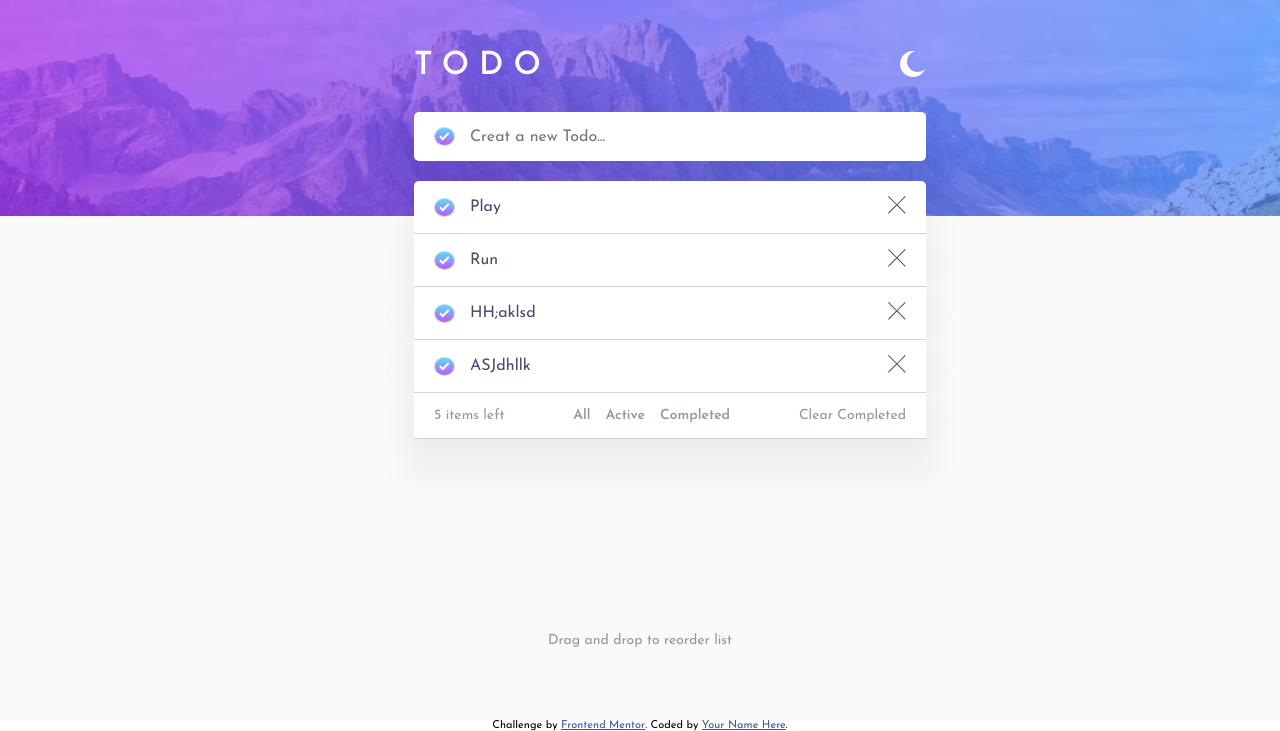
Repository: Baraajad231/Todo-app
Page: /
An editor plug-in stored every save of this project. The page is shown before and after the next save, followed by the edit.
The browser window is 1280 px wide. The pictures show the whole page.
The project was rebuilt for these pictures with package versions that can differ from the ones it lists, and the page was loaded fresh each time. Also part of the build but not shown: vite.config.js.

Above is the page before, as saved 2025-12-30 17:08:42.

### index.html
<!DOCTYPE html>
<html lang="en" data-theme="light">
  <head>
    <meta charset="UTF-8" />
    <meta name="viewport" content="width=device-width, initial-scale=1.0" />
    <!-- displays site properly based on user's device -->

    <link
      rel="icon"
      type="image/png"
      sizes="32x32"
      href="./images/favicon-32x32.png"
    />

    <title>Frontend Mentor | Todo app</title>

    <!-- Feel free to remove these styles or customise in your own stylesheet 👍 -->
    <style>
      .attribution {
        font-size: 11px;
        text-align: center;
      }
      .attribution a {
        color: hsl(228, 45%, 44%);
      }
    </style>

    <link rel="preconnect" href="https://fonts.googleapis.com" />
    <link rel="preconnect" href="https://fonts.gstatic.com" crossorigin />
    <link
      href="https://fonts.googleapis.com/css2?family=Josefin+Sans:ital,wght@0,100..700;1,100..700&display=swap"
      rel="stylesheet"
    />

    <link rel="stylesheet" href="./styles/style.scss" />
  </head>
  <body>
    <div class="container">
      <picture class="background-Wrapper">
        <source
          media="(min-width:465px)"
          srcset="images/bg-desktop-light.jpg"
        />
        <img
          src="images/bg-mobile-light.jpg"
          alt="bg-mobile-light"
          class="background background-light"
        />
      </picture>

      <div class="todo">
        <div class="todo__header">
          <h1 class="todo__title">TODO</h1>
          <button class="todo__theme button">
            <img src="images/icon-moon.svg" alt="moon icon" />
          </button>
        </div>
        <ul class="todo__list">
          <li class="todo__list__row todo__list__row-input">
            <button class="checkbox button">
              <img
                src="./images/icon-check.svg"
                alt="check"
                class="checkbox__icon"
              />
            </button>
            <input
              type="text"
              placeholder="Creat a new Todo..."
              class="todo__list__input"
            />
          </li>

          <li class="todo__list__row">
            <button class="checkbox button">
              <img
                src="./images/icon-check.svg"
                alt="check"
                class="checkbox__icon"
              />
            </button>
            <span class="todo__list__task">Play</span>
            <button class="remove-btn button">
              <img src="./images/icon-cross.svg" alt="" class="remove-icon" />
            </button>
          </li>
          <li class="todo__list__row">
            <button class="checkbox button">
              <img
                src="./images/icon-check.svg"
                alt="check"
                class="checkbox__icon"
              />
            </button>
            <span class="todo__list__task">Run</span>
            <button class="remove-btn button">
              <img src="./images/icon-cross.svg" alt="" class="remove-icon" />
            </button>
          </li>
          <li class="todo__list__row">
            <button class="checkbox button">
              <img
                src="./images/icon-check.svg"
                alt="check"
                class="checkbox__icon"
              />
            </button>
            <span class="todo__list__task">HH;aklsd</span>
            <button class="remove-btn button">
              <img src="./images/icon-cross.svg" alt="" class="remove-icon" />
            </button>
          </li>
          <li class="todo__list__row">
            <button class="checkbox button">
              <img
                src="./images/icon-check.svg"
                alt="check"
                class="checkbox__icon"
              />
            </button>
            <span class="todo__list__task">ASJdhllk</span>
            <button class="remove-btn button">
              <img src="./images/icon-cross.svg" alt="" class="remove-icon" />
            </button>
          </li>
          <!-- For mobile -->
          <!-- <li class="todo__list__row todo__list__row--meta">
            <div class="todo__items-left">
              <span class="todo__items-count">5</span>
              <span class="todo__items-text">items left</span>
            </div>

            <button class="todo__list-clear button">Clear Completed</button>
          </li>

          <li class="todo__list__row todo__list__row--filter">
            <button class="todo__list-all button button-filter">All</button>
            <button class="todo__list-active button button-filter">
              Active
            </button>
            <button class="todo__list-completed button button-filter">
              Completed
            </button>
          </li> -->

          <!-- for desktop -->
          <li class="todo__list__row todo__list__row--control">
            <div class="todo__items-left">
              <span class="todo__items-count">5</span>
              <span class="todo__items-text">items left</span>
            </div>

            <div class="todo__list--filter">
              <button class="todo__list-all button button-filter">All</button>
              <button class="todo__list-active button button-filter">
                Active
              </button>
              <button class="todo__list-completed button button-filter">
                Completed
              </button>
            </div>

            <button class="todo__list-clear button">Clear Completed</button>
          </li>
        </ul>
      </div>
    </div>
    <p class="note">Drag and drop to reorder list</p>

    <div class="attribution">
      Challenge by
      <a href="https://www.frontendmentor.io?ref=challenge" target="_blank"
        >Frontend Mentor</a
      >. Coded by <a href="#">Your Name Here</a>.
    </div>
  </body>
</html>

### styles/style.scss
/*variables*/
:root {
  /* ===== Brand / Primary ===== */
  --color-primary: hsl(220, 98%, 61%);

  --gradient-check: linear-gradient(hsl(192, 100%, 67%), hsl(280, 87%, 65%));

  /* ===== Typography ===== */
  --font-family-base: "Josefin Sans", sans-serif;
  --font-size-base: 16px;
  --font-weight-regular: 400;
  --font-weight-bold: 700;
}

:root[data-theme="light"] {
  --color-bg: hsl(0, 0%, 98%);
  --color-surface: #ffffff;

  --color-text-primary: hsl(235, 19%, 35%);
  --color-text-secondary: hsl(236, 9%, 61%);

  --color-border: hsl(233, 11%, 84%);
  --color-completed: hsl(234, 39%, 85%);
}

:root[data-theme="dark"] {
  --color-bg: hsl(235, 21%, 11%);
  --color-surface: hsl(235, 24%, 19%);

  --color-text-primary: hsl(234, 39%, 85%);
  --color-text-secondary: hsl(236, 9%, 61%);

  --color-border: hsl(237, 14%, 26%);
  --color-muted: hsl(233, 14%, 35%);
}

/* Reset */
* {
  margin: 0;
  padding: 0;
  font: inherit;
}

*,
*::after,
*::before {
  box-sizing: border-box;
}

a {
  color: inherit;
  display: inline-block;
}

button,
[type="submit"] {
  background-color: transparent;
  border: none;
  cursor: pointer;
}

ul,
ol {
  list-style: none;
}

html {
  font-size: 62.5%;
}

body {
  font-size: 1.6rem;
  font-family: var(--font-family-base);
  color: var(--color-text-primar);
}
/* End Reset */

/*container*/
.container {
  position: relative;
  height: 100vh;
  background-color: var(--color-bg);
}
.background {
  width: 100vw;
  @media (min-width: 950px) {
    height: 30%;
  }
}

.todo {
  display: flex;
  flex-direction: column;
  gap: 3rem;
  position: absolute;
  top: 0;
  width: calc(100% - 6rem);
  margin: 5rem 3rem;

  @media (min-width: 768px) {
    width: 70%;
    left: 50%;
    transform: translateX(-50%);
  }

  @media (min-width: 950px) {
    width: 40%;
    left: 50%;
    transform: translateX(-50%);
  }

  &__header {
    display: flex;
    justify-content: space-between;
    .todo__title {
      font-size: 2.4rem;
      color: white;
      letter-spacing: 1rem;
      font-weight: 600;

      @media (min-width: 950px) {
        font-size: 3.2rem;
      }
    }
  }

  &__list {
    font-size: 1.2rem;

    @media (min-width: 950px) {
      font-size: 1.6rem;
    }

    &__row {
      background-color: var(--color-surface);
      padding: 1.5rem 2rem;
      display: flex;
      align-items: center;
      color: var(--color-text-primary);
      box-shadow: 0 3rem 3rem 1rem rgba(0, 0, 0, 0.045);
      &--completed {
        text-decoration: line-through;
        color: var(--color-completed);
      }
      &:nth-child(2) {
        border-radius: 0.5rem 0.5rem 0 0;
      }

      & .checkbox {
        border: 1px solid var(--color-border);
        border-radius: 50%;
        background: var(--gradient-check);
        margin-right: 1rem;
        display: flex;
        align-items: center;
        justify-content: center;
        @media (min-width: 950px) {
          margin-right: 1.5rem;
        }

        &__icon {
          padding: 0.4rem;
        }
      }

      & .todo__list__task {
        margin-right: auto;
      }
      &-input {
        margin-bottom: 1.5rem;

        @media (min-width: 950px) {
          margin-bottom: 2rem;
        }
        & .todo__list__input {
          border: none;
          background-color: transparent;

          &:focus {
            outline: none;
            caret-color: var(--color-primary);
          }
        }
      }

      &:not(&-input, &--filter, &--meta) {
        border-bottom: 1px solid var(--color-border);
      }

      &--meta {
        display: flex;
        justify-content: space-between;

        border-radius: 0 0 0.5rem 0.5rem;
      }

      &--filter {
        display: flex;
        justify-content: center;
        gap: 2rem;
        margin-top: 2rem;
        font-size: 1.4rem;
      }
      &--filter,
      &-input {
        border-radius: 0.5rem;
      }
      &--filter,
      &--meta {
        color: var(--color-text-secondary);
      }

      &--control {
        display: flex;
        justify-content: space-between;
        font-size: 1.4rem;
        color: var(--color-text-secondary);

        & .todo__list--filter {
          display: flex;
          gap: 1.5rem;
        }
      }
    }
  }
}

.note {
  position: absolute;
  bottom: 10%;
  left: 50%;
  transform: translateX(-50%);
  width: max-content;
  font-size: 1.4rem;
  color: var(--color-text-secondary);
}

.button {
  color: var(--color-text-secondary);

  &:active {
    transform: scale(0.9);
    color: var(--color-text-primary);
  }

  &-filter {
    &:focus {
      color: var(--color-primary);
    }
    font-weight: 600;
  }
}

After the next save:
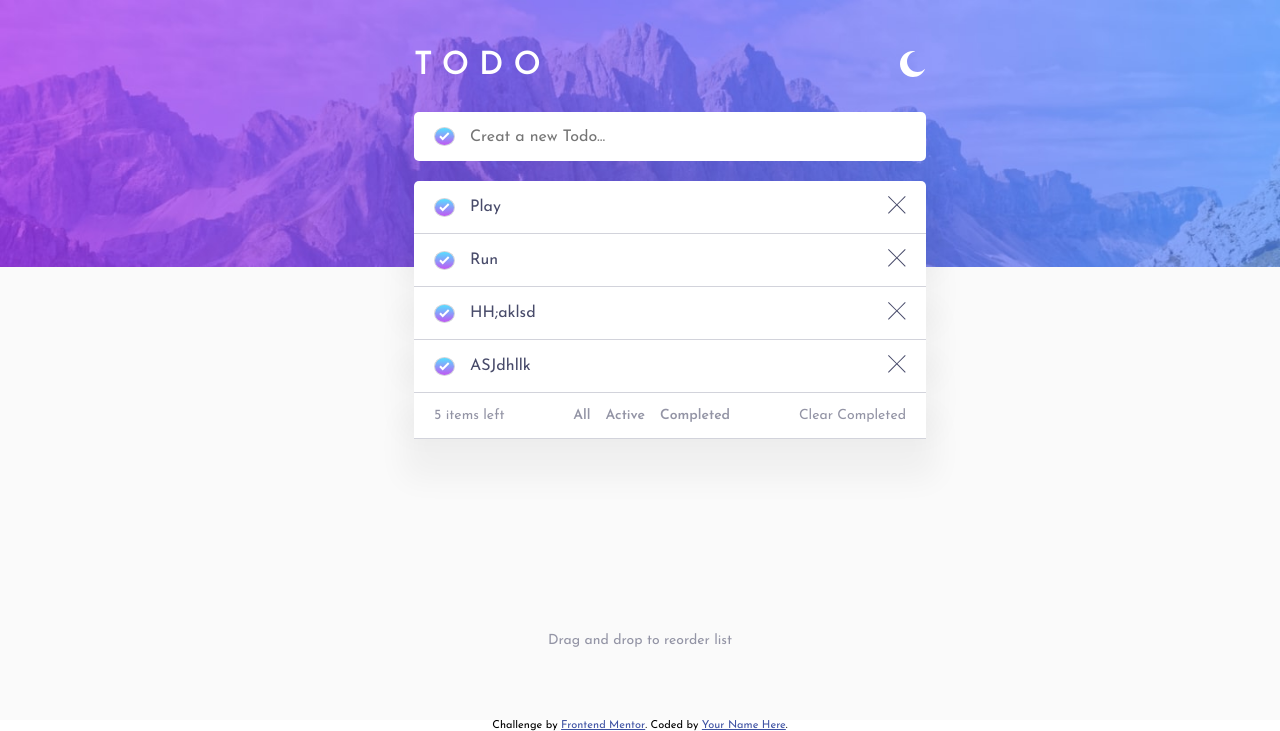
Saved 11 s later.
--- a/styles/style.scss
+++ b/styles/style.scss
@@ -83,7 +83,7 @@
 }
 .background {
   width: 100vw;
-  @media (min-width: 950px) {
+  @media (min-width: 1025) {
     height: 30%;
   }
 }

After the save that followed:
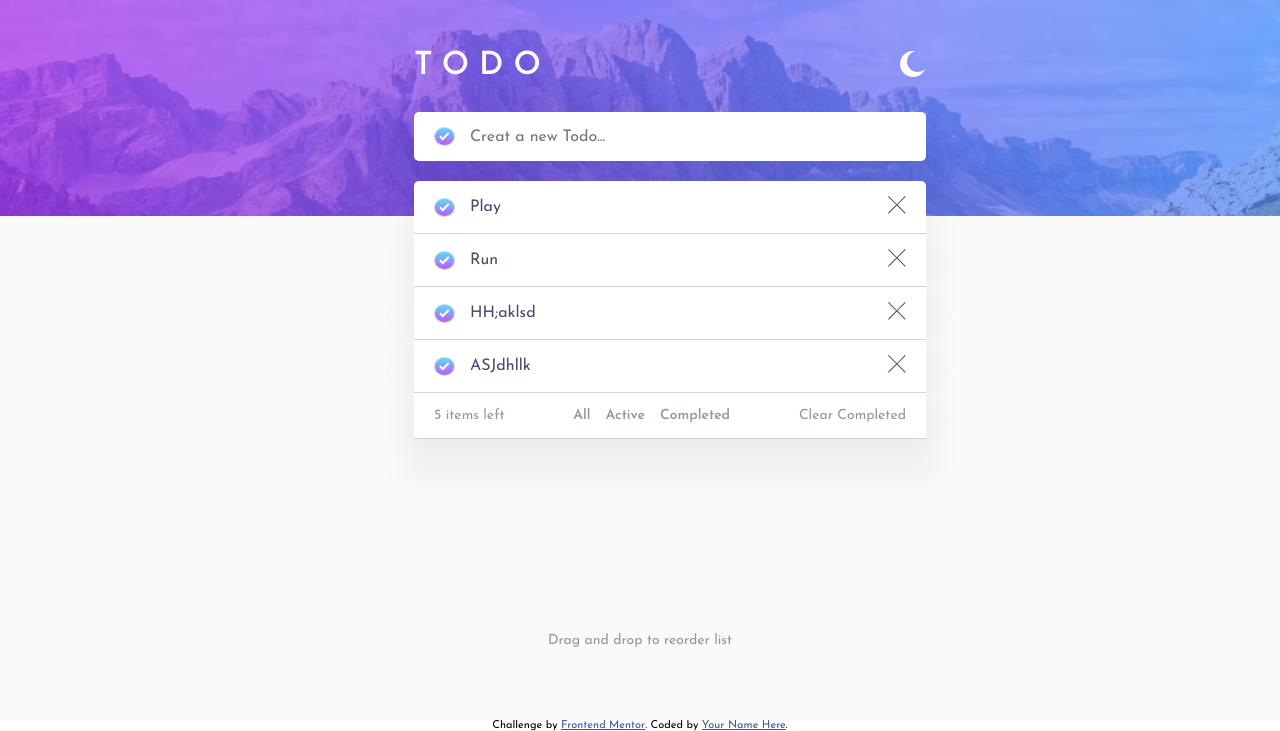
Saved 109 s later.
--- a/styles/style.scss
+++ b/styles/style.scss
@@ -83,7 +83,7 @@
 }
 .background {
   width: 100vw;
-  @media (min-width: 1025) {
+  @media (min-width: 1025px) {
     height: 30%;
   }
 }
